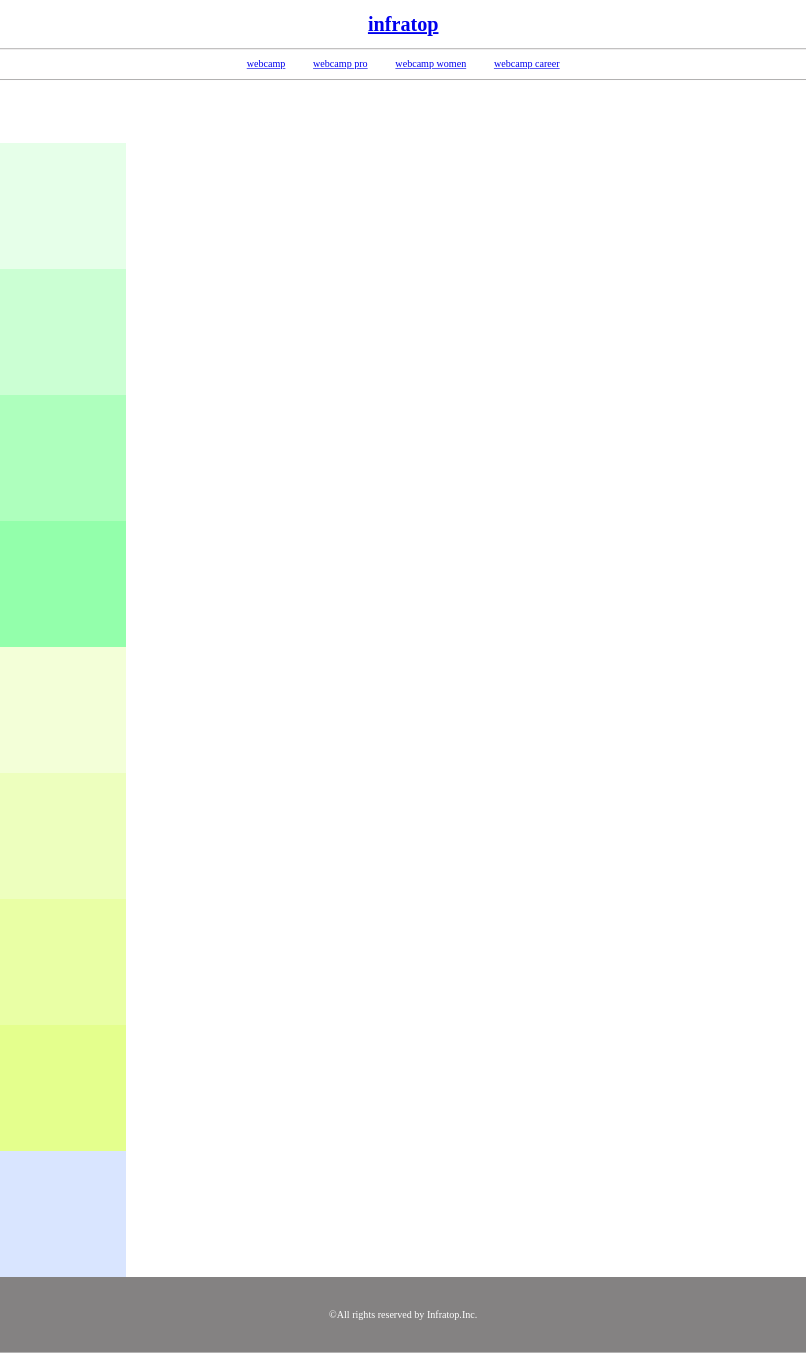
Repository: pooh0721/-
Page: chapter5/index.html
The author's editor kept a record of every edit. The page is drawn from the files as they stood at one moment, then again after the next edit.
The browser window is 1280 px wide. The pictures show the whole page, at 63% of full size.

Above is the page before.

After the next edit:
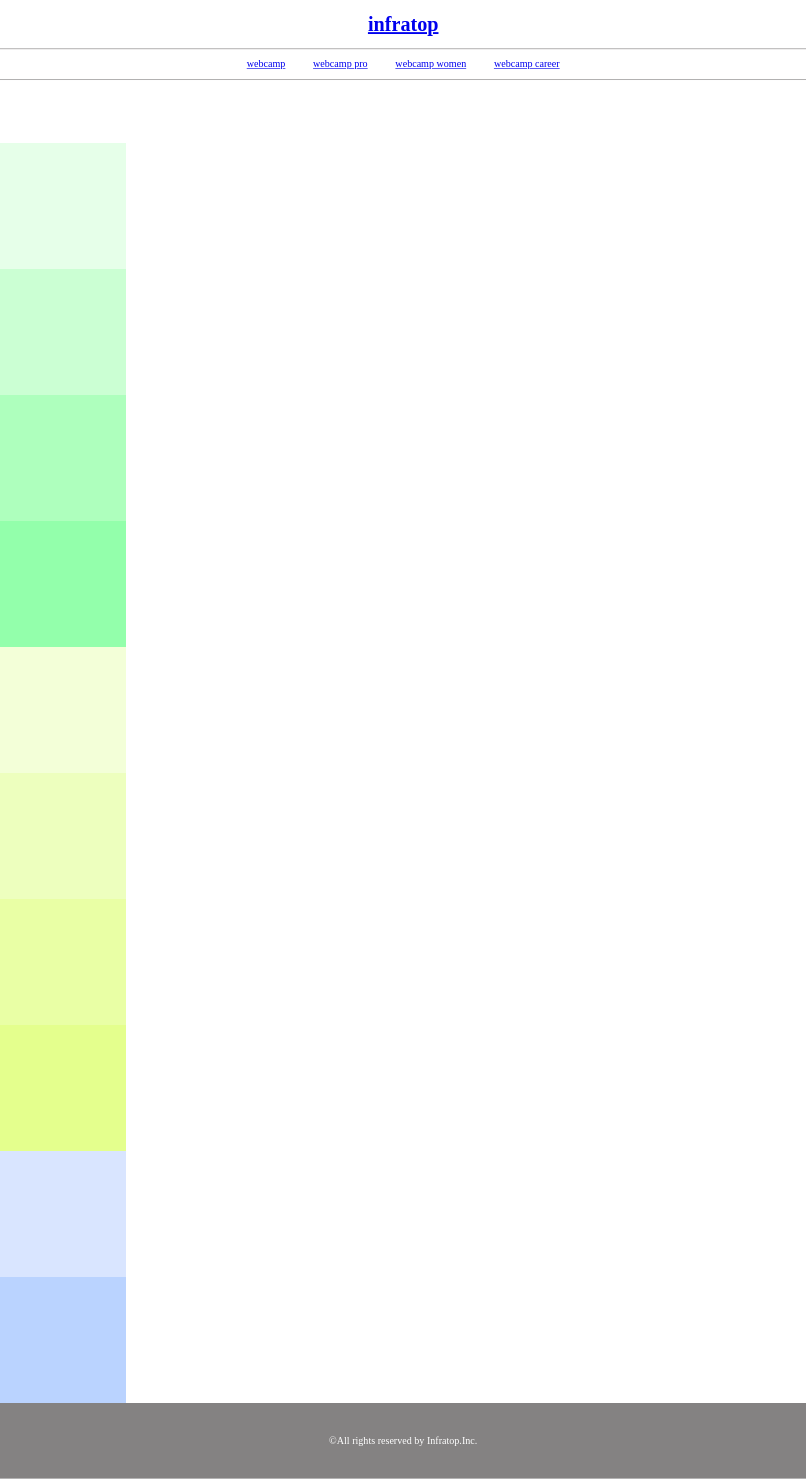
The edit:
--- a/chapter5/index.html
+++ b/chapter5/index.html
@@ -51,7 +51,7 @@
 
       <div class="box9"></div>
 
-      <div class="box"></div>
+      <div class="box10"></div>
 
       <div class="box"></div>
 
